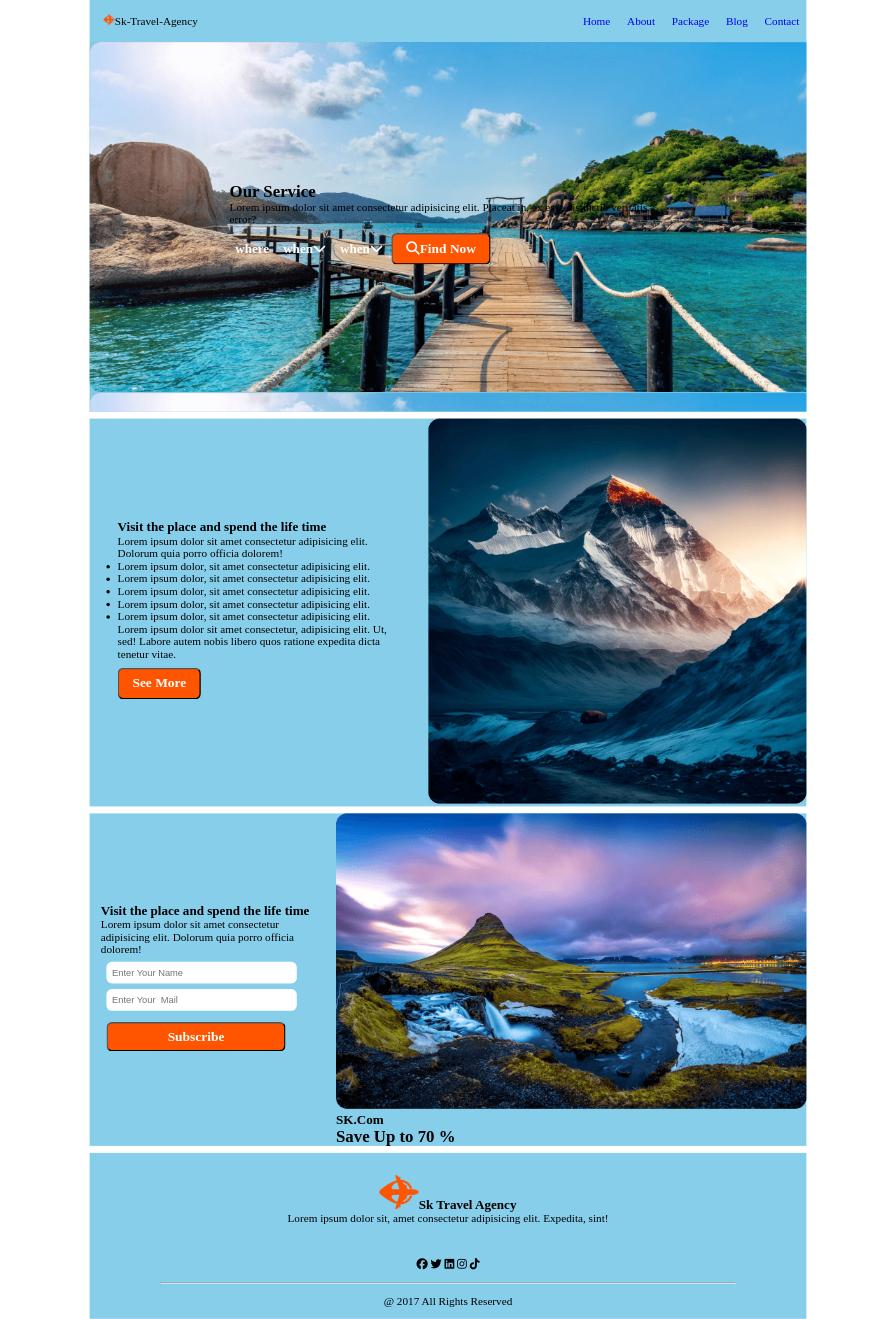
Repository: sumonkumarsarkar/Sk-Travel-Agency-
Page: index.html
The author's editor kept a copy of each file at every save. The page is drawn from the files as they stood at one save, then again after the next save.
The browser window is 1280 px wide. The pictures show the whole page, at 70% of full size.

Above is the page before, as saved 2024-01-17 06:30:45.

After the next save:
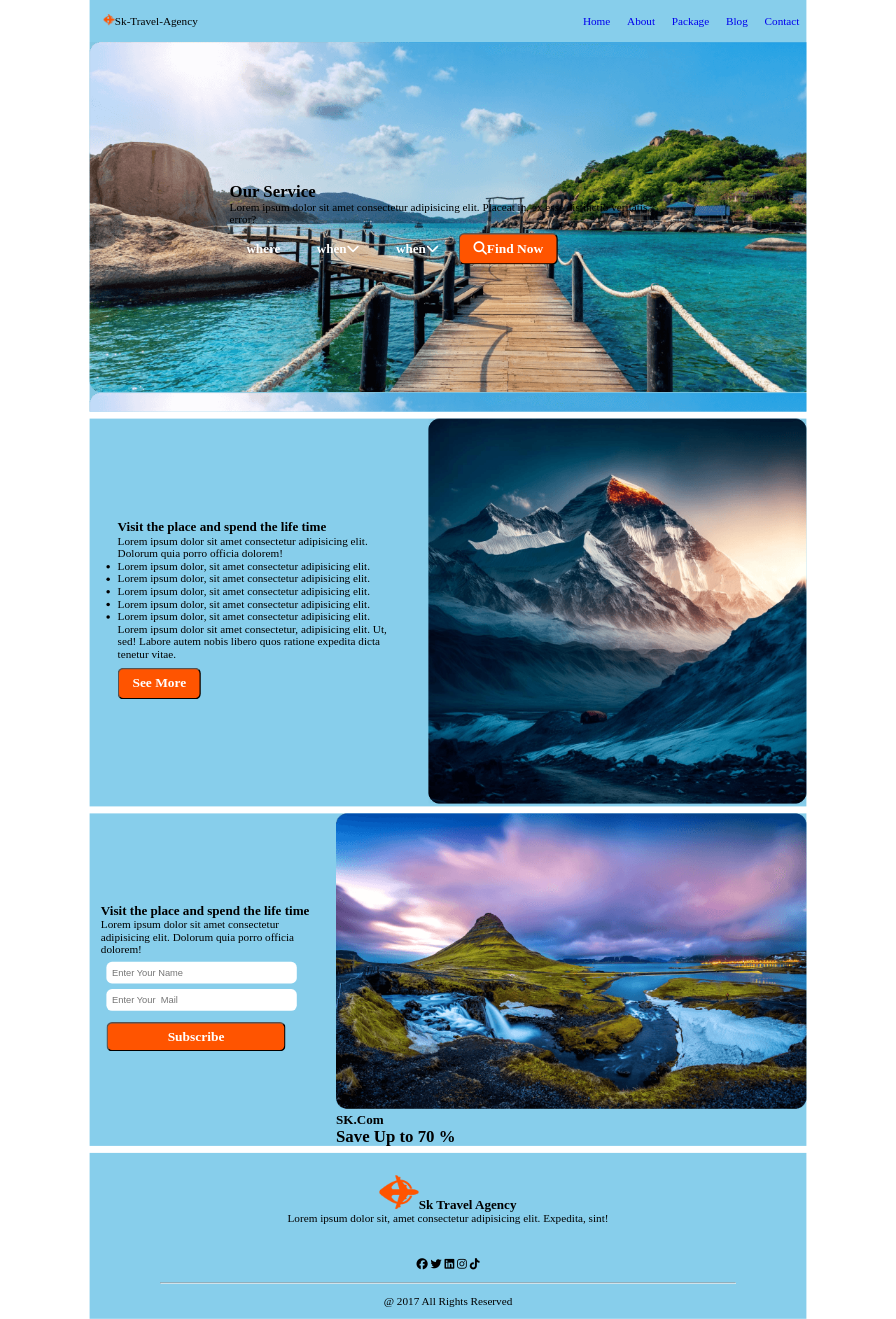
Saved 23 s later.
--- a/style.css
+++ b/style.css
@@ -110,6 +110,7 @@ nav{
     display: inline-block;
     padding: 1rem .5rem;
     color: #FFF;
+    margin: 0 1rem;
 }
 
 /* header menu bar end  */
